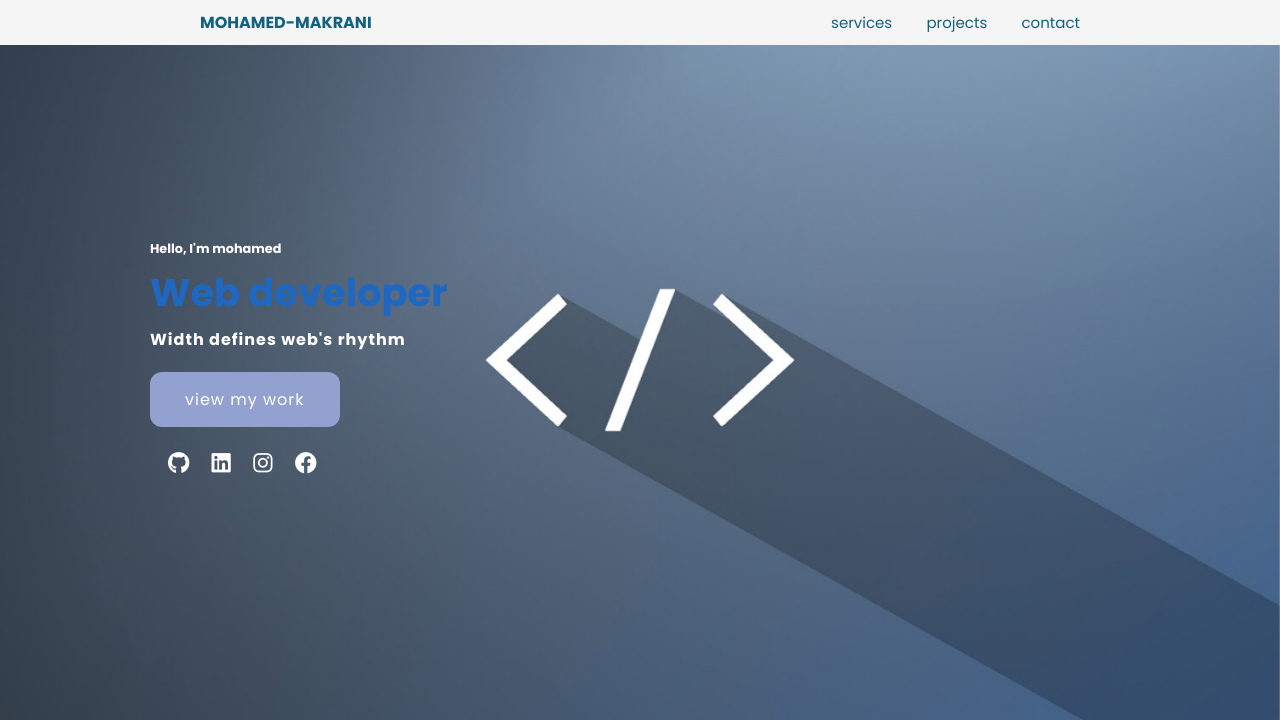
Repository: mohamed-makrani/Portfolio
Page: indixe.html
These files come from the project's save history. The page is drawn as it stood at one moment and after the next save; the edit follows.
The browser window is 1280 px wide. The pictures show the whole page.

Above is the page before, as saved 2023-09-16 16:26:22.

After the next save:
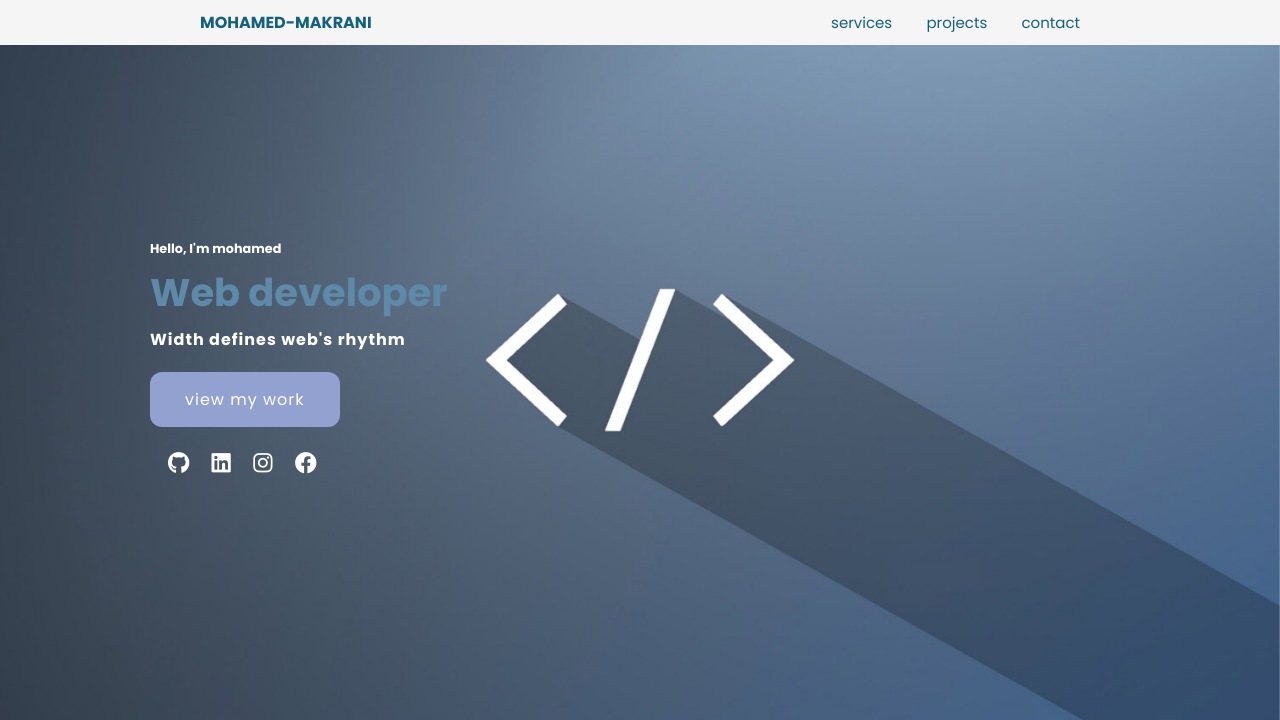
Saved 28 s later.
--- a/style.css
+++ b/style.css
@@ -68,7 +68,7 @@ color: rgb(83, 15, 146);
 
  .main h1 {
 
-   color:#1e68c2 ;
+   color:#5d8aa8 ;
    font-size: 2.4em;
    font-weight: 500px;
    margin-top: 6px;
